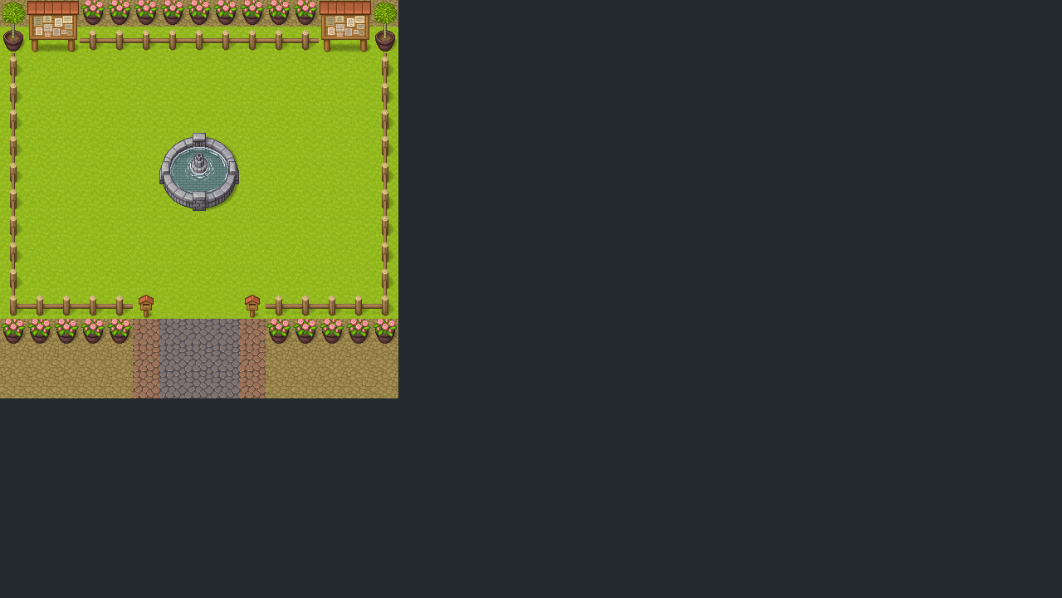
Repository: guilhermecardoso93/rpg-react
Page: /
An editor plug-in stored every save of this project. The page is shown before and after the next save, followed by the edit.
The browser window is 1280 px wide. The pictures show the whole page, at 83% of full size.
The project was rebuilt for these pictures with package versions that can differ from the ones it lists, and the page was loaded fresh each time.

Above is the page before, as saved 2022-11-15 21:10:03.

After the next save:
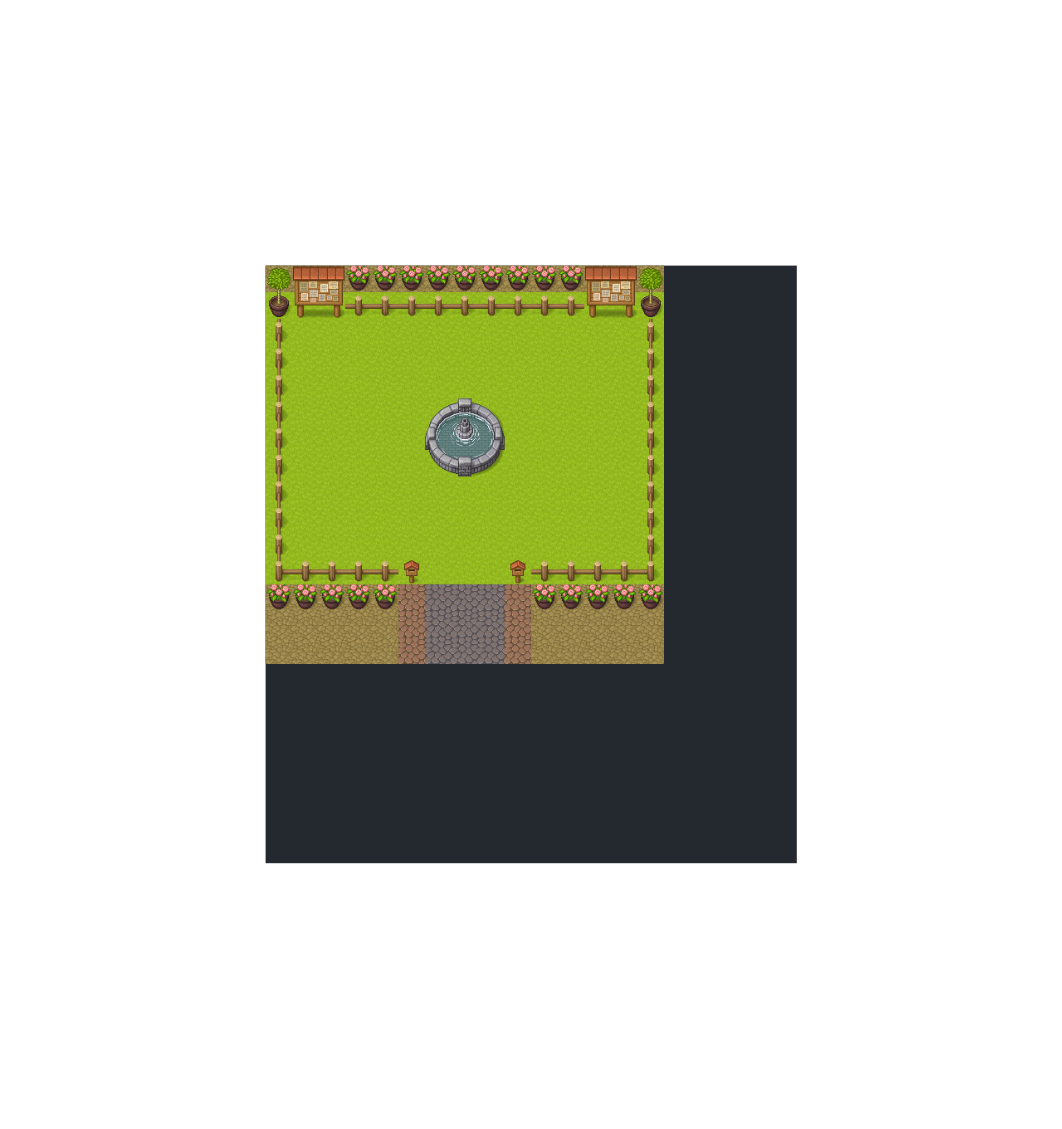
Saved 8 s later.
--- a/src/App.styles.ts
+++ b/src/App.styles.ts
@@ -13,7 +13,7 @@
   min-height: 100vh;
   color: #fff;
   display: flex;
-  margin: auto;
+  margin: 20rem;
 `
 
 export const Map = styled.div`

After the save that followed:
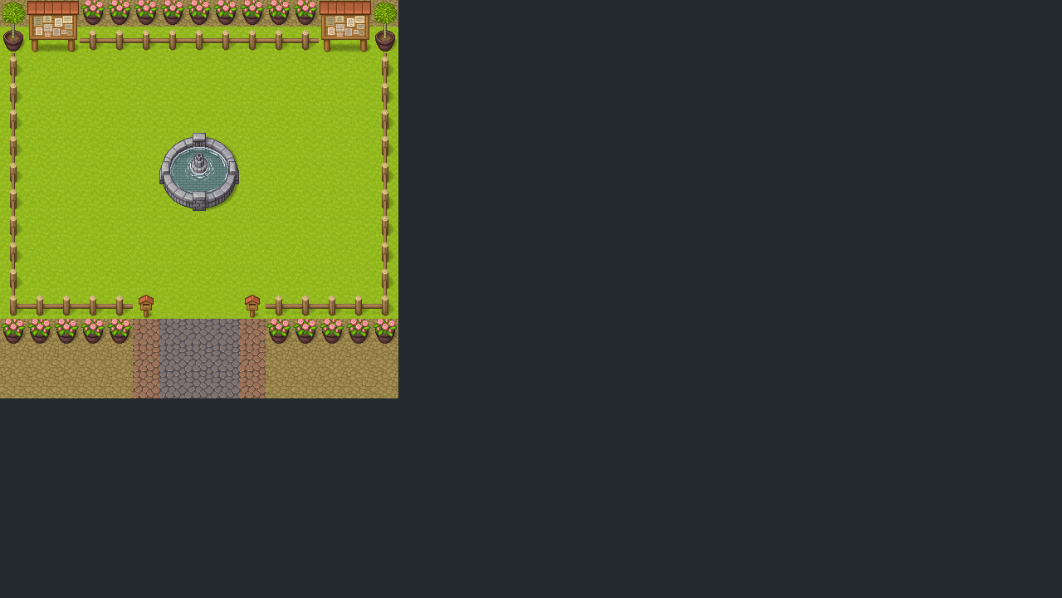
Saved 12 s later.
--- a/src/App.styles.ts
+++ b/src/App.styles.ts
@@ -13,7 +13,6 @@
   min-height: 100vh;
   color: #fff;
   display: flex;
-  margin: 20rem;
 `
 
 export const Map = styled.div`
